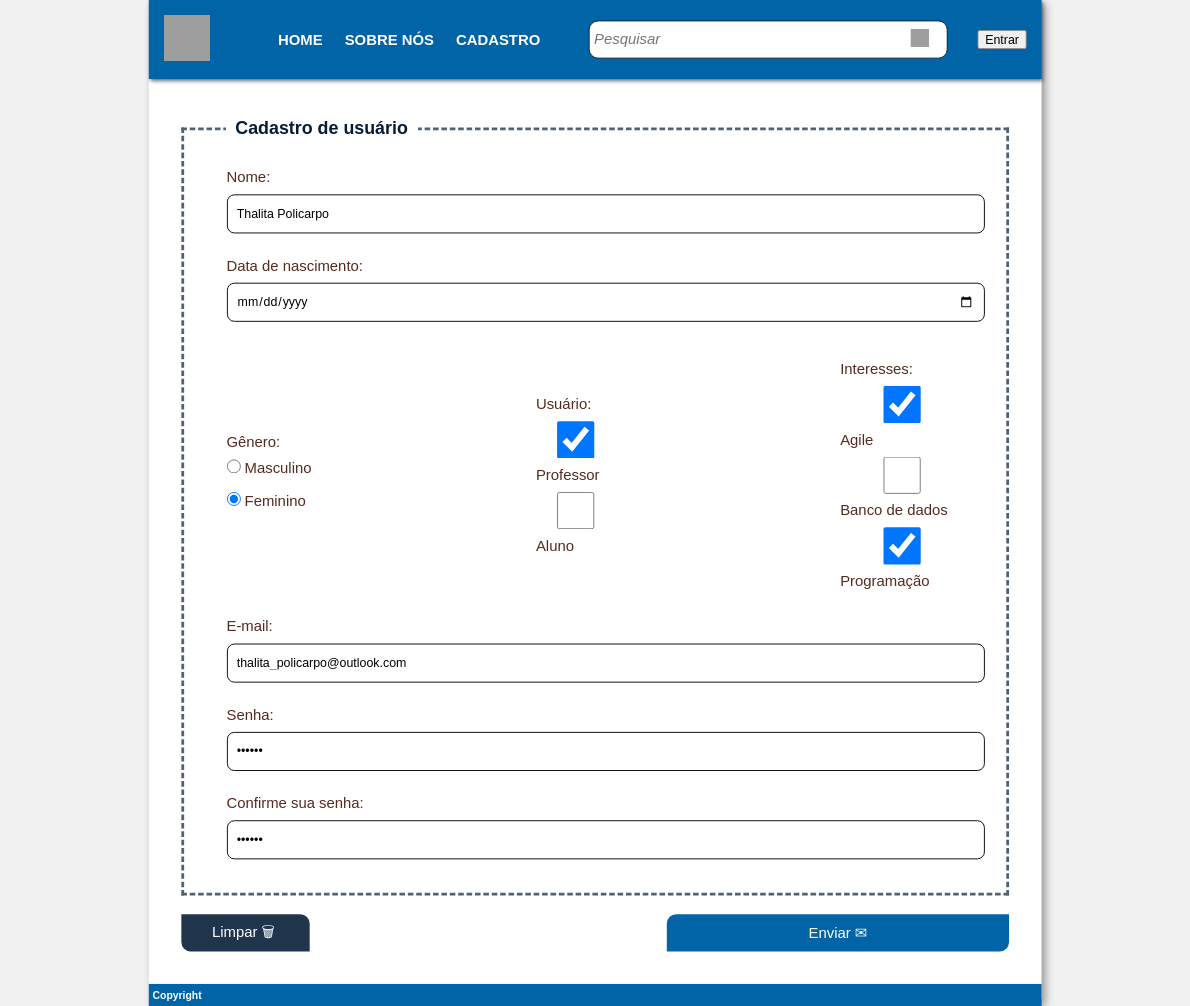
Repository: Thalita-Policarpo/Java_Web
Page: http://localhost/appcurso/WEB-INF/jsp/lista/cadastro.jsp
An editor plug-in stored every save of this project. The page is shown before and after the next save, followed by the edit.
The browser window is 1280 px wide. The pictures show the whole page, at 93% of full size.
Pictures or frames that could not be fetched are drawn as grey boxes. The page is served by Tomcat 9. Nobody is signed in. Other server files are loaded and not shown. The template is opened directly, without the code that normally fills it, so the values that code supplies are empty.

Above is the page before, as saved 2023-02-08 18:16:04.

### appcurso/appcurso/src/main/webapp/WEB-INF/jsp/lista/cadastro.jsp
<%@ page language="java" contentType="text/html; charset=UTF-8"
    pageEncoding="UTF-8"%>
<!DOCTYPE html>
<html>
<head>
<meta charset="UTF-8">
<title>Cadastro de Usuários</title>

<style type="text/css">

body {
    font-family: Arial, Helvetica, sans-serif;
    background-color: rgba(235, 233, 233, 0.616);
    margin: 0px;
    line-height: 1em;
    align-items: center;
}

#container{
    margin: auto;
    width: 960px;
    background-color: white;
    border-radius: 0px 0px 10px 10px;
    box-shadow: 4px 4px 9px 0px rgba(0, 0, 0, 0.384);
    position: relative;
}

header {
    margin: auto;
    border-radius: 8px 8px 0px 0px;
}

nav  figure  img {
    margin: 0;
    padding: 0;
    width: 50px;
    height: 50px;
}

nav figure{
    margin: 0;
    padding: 0;
}

nav {
    width: 100%;
    height: 85px;
    display: inline-flex;
    justify-content: space-around;
    align-items: center;
    background-color: #0064A7;
    padding: 0;
    box-shadow: 2px 2px 4px 0px #082640a8;
}

nav  ul  li{
    display: inline-flex;
    flex-direction: row;
}

nav  ul  li  a{
    text-decoration: none;
    color: white;
    font-weight: bold;
    margin-right: 1.2em;
}

nav a:hover, .onde a:hover{
    text-decoration: underline;
}

#formBusca{
    align-items: center;
    background-color:white;
    border:solid 1px #061F39;
    padding: 0;
    border-radius:10px;
    width:40%;
}

#txtBusca{
    align-items: center;
    float:left;
    background-color:transparent;
    padding-left:5px;
    font-style:italic;
    font-size:16px;
    border:none;
    height:36px;
    width:86%;
}

#btnBusca{
    width: 20px;
    height: 20px;
    padding: 8px;
}

figcaption {
    padding: 0 0.5em;
}

.cadastro {
    padding: 20px;
}

.cadastro p{
    color: #562a1f;
    font-family:'Poppins', sans-serif;
    font-size: 1em;
    text-align: left;
    padding: 0.5px;
}

.cadastro input{
    height: 40px;
    padding: 0px 10px;
    font-family: 'Poppins', sans-serif;
    font-weight: normal;
    width: 100%;
    border: solid 0.5px;
    border-radius: 08px;
    margin: 10px 0px;
}

.checked{
    display: flex;
    flex-direction: row;
    justify-content: space-between;
    align-items: center;
}

#genero{
    height: 15px;
    width: 15px;
}

#interesse, #tipoDeUsuario{
    height: 15px;
    width: 15px;
}

input:hover{
    background-color:rgba(183, 241, 245, 0.288);
}
fieldset{
    padding: 10px 45px;
    text-align: left;
    border: 3px dashed #051c36b0;
    margin: 15px;
}
legend{
    padding: 10px;
    color: #051C36;
    font-weight: bold;
    font-family: 'Changa', sans-serif;
    font-size: 1.2em;
}
#enviar{
    background-color: #0064A7;
    font-size: 1em;
    color: white;
    border: none;
    border-radius: 10px 0px;
    min-width: 200px;
    max-width: 40%;
    padding: 5px;
    margin: 5px 15px;

}
#enviar:hover{
    text-decoration: underline;
}
#enviar:active{
    background-color: rgb(65, 182, 91);
    font-size: 1.1em;
}

#reset{
    background-color:#051c36e3;
    font-size: 1em;
    color: white;
    border: none;
    border-radius: 0px 10px;
    min-width: 100px;
    max-width: 15%;
    padding: 5px;
    margin: 5px 15px;

}
#reset:hover{
    text-decoration: underline;
}
#reset:active{
    background-color: #049DBF;
    font-size: 1.1em;
}

footer {
    clear: both;
    background-color: #0064A7;
    color: white;
    padding: 4px;
    margin: 0px;
    margin-top: 10px;
}
footer > p {
    margin: 0px;
    font-size: 0.7em;
    font-weight: bold;
    color: white;
}
</style>
</head>
<body>
	<div id="container">
<header>
            <nav>
                <figure>
                    <img src="image/figure.png" alt="logo da App Cursos" title="logo da App Cursos">
                </figure>
                <ul>
                    <li><a href="/" title="HOME">HOME</a></li>
                    <li><a href=" " title="SOBRE NÓS">SOBRE NÓS</a></li>
                    <li><a href="/usuario" title="CADASTRO">CADASTRO</a></li>
                </ul>

                <form action="" id="formBusca">
                    <input type="text" id="txtBusca" placeholder="Pesquisar"/>
                    <img src="image/search.png" id="btnBusca" alt="Buscar"/>
                </form>
                <button id="entrar">Entrar</button>
            </nav>
        </header>
		<main>
			<form class="cadastro" method="post" action="/usuario/incluir" autocomplete="on">
				<fieldset>
					<legend>Cadastro de usuário</legend>
					<p>
						<label for="nome">Nome:</label>
						<input type="text" name="nome" id="nome" placeholder="Nome completo" required minlength="5" autocomplete="name" value="Thalita Policarpo">
					</p>
                    <p>
                        <label for="nascimento">Data de nascimento:</label>
                        <input type="date" id="nascimento" required value="">
                    </p>
                    <article class="checked">
                        <p>
                            <label for="genero">Gênero:</label> <br>

                            <input type="radio" name="Masculino" id="genero"> Masculino <br>
                            <input type="radio" name="Feminino" id="genero" checked> Feminino
                        </p>

                        <p>
                            <label for="tipoUsuario">Usuário:</label><br>
                            <input type="checkbox" name="Professor" id="tipoUsuario" checked> Professor <br>
                            <input type="checkbox" name="Banco de Dados" id="tipoUsuario"> Aluno
                        </p>

                        <p>
                            <label for="interesses">Interesses:</label><br>
                            <input type="checkbox" name="Agile" id="interesses"checked> Agile <br>
                            <input type="checkbox" name="Banco de Dados" id="interesses"> Banco de dados <br>
                            <input type="checkbox" name="Programação" id="interesses" checked> Programação
                        </p>

                    </article>
                    <p>
                        <label for="email">E-mail:</label>
                        <input type="email" name="email" id="email"  placeholder="exemplo@exmail.com.br" pattern="[a-z0-9._%+-]+@[a-z0-9.-]+\.[a-z]{2,3}$" required autocomplete="email" value="thalita_policarpo@outlook.com">
                    </p>
                    <p>
                        <label for="senha">Senha:</label>
                        <input type="password" name="senha" id="senha"  placeholder="Digite sua senha (mínimo 8 letras)" required minlength="6" maxlength="10" autocomplete="new-password" value="123456">
                    </p>
                    <p>
                        <label for="confirmarSenha">Confirme sua senha:</label>
                        <input type="password" name="confirmarSenha" id="confirmarSenha"  placeholder="Digite novamente sua senha" required maxlength="10" autocomplete="new-password" value="123456">
                    </p>
				</fieldset>
                        <article class="checked">
                            <input type="reset" value="Limpar &#128465; " id="reset">
                            <input type="submit" value="Enviar &#9993;" id="enviar">
                        </article>
			</form>
		</main>
        <footer>
            <p>
                Copyright
            </p>
        </footer>
	</div>
</body>
</html>

After the next save:
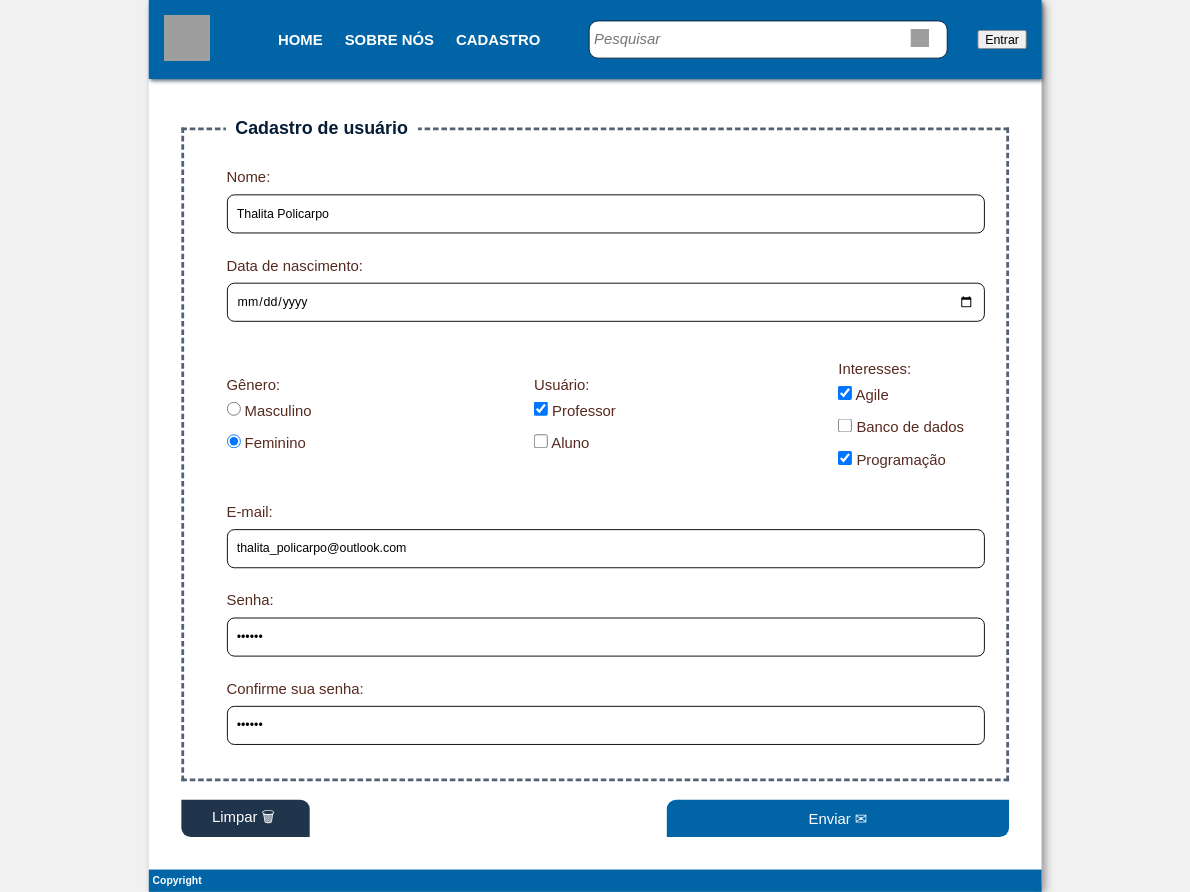
Saved 67 s later.
--- a/appcurso/appcurso/src/main/webapp/WEB-INF/jsp/lista/cadastro.jsp
+++ b/appcurso/appcurso/src/main/webapp/WEB-INF/jsp/lista/cadastro.jsp
@@ -135,7 +135,7 @@ figcaption {
     width: 15px;
 }
 
-#interesse, #tipoDeUsuario{
+#interesses, #tipoUsuario{
     height: 15px;
     width: 15px;
 }
